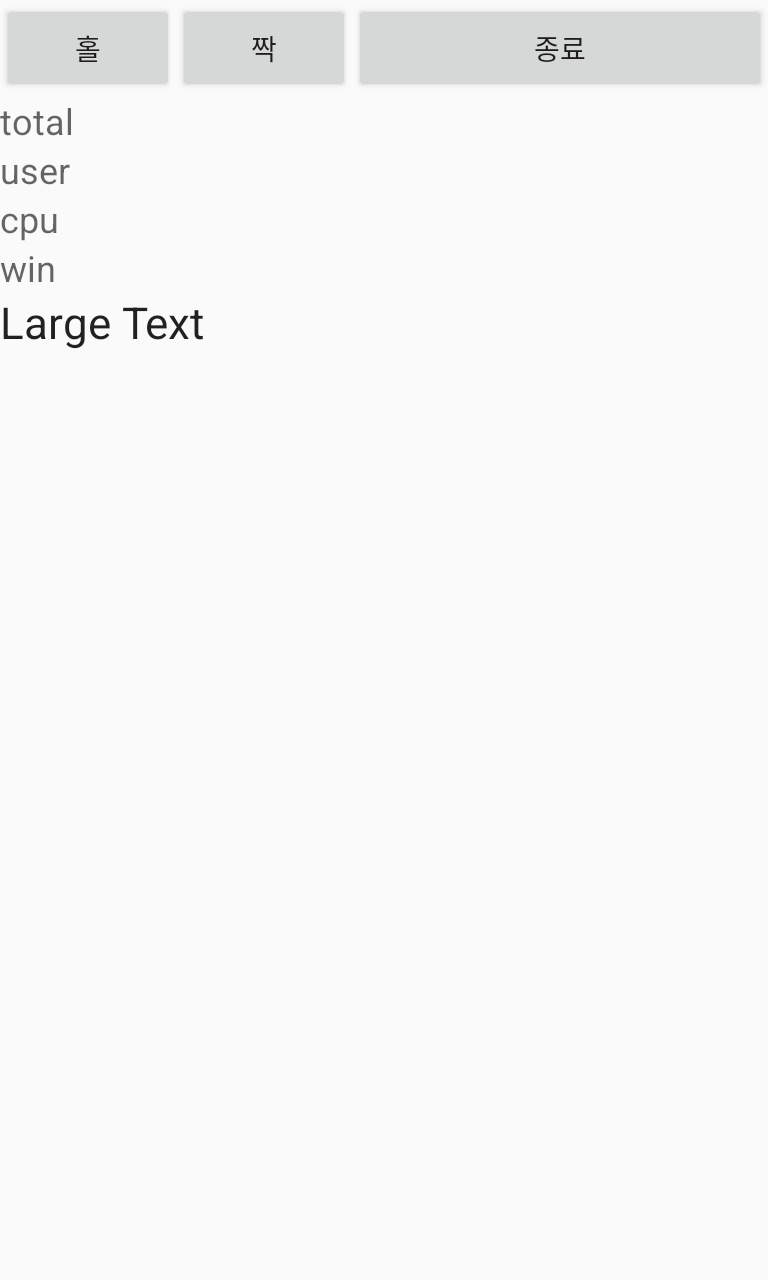
Repository: kol0372/woo
Layout: andworkspace/and1008/res/layout/exam2.xml
An editor plug-in stored every save of this project. The layout is shown before and after the next save, followed by the edit.
It is drawn on a 768 x 1280 px phone screen (xhdpi) without system bars, with theme AppTheme; the app's code is not run.

Above is the layout before, as saved 2014-10-08 06:05:28.

After the next save:
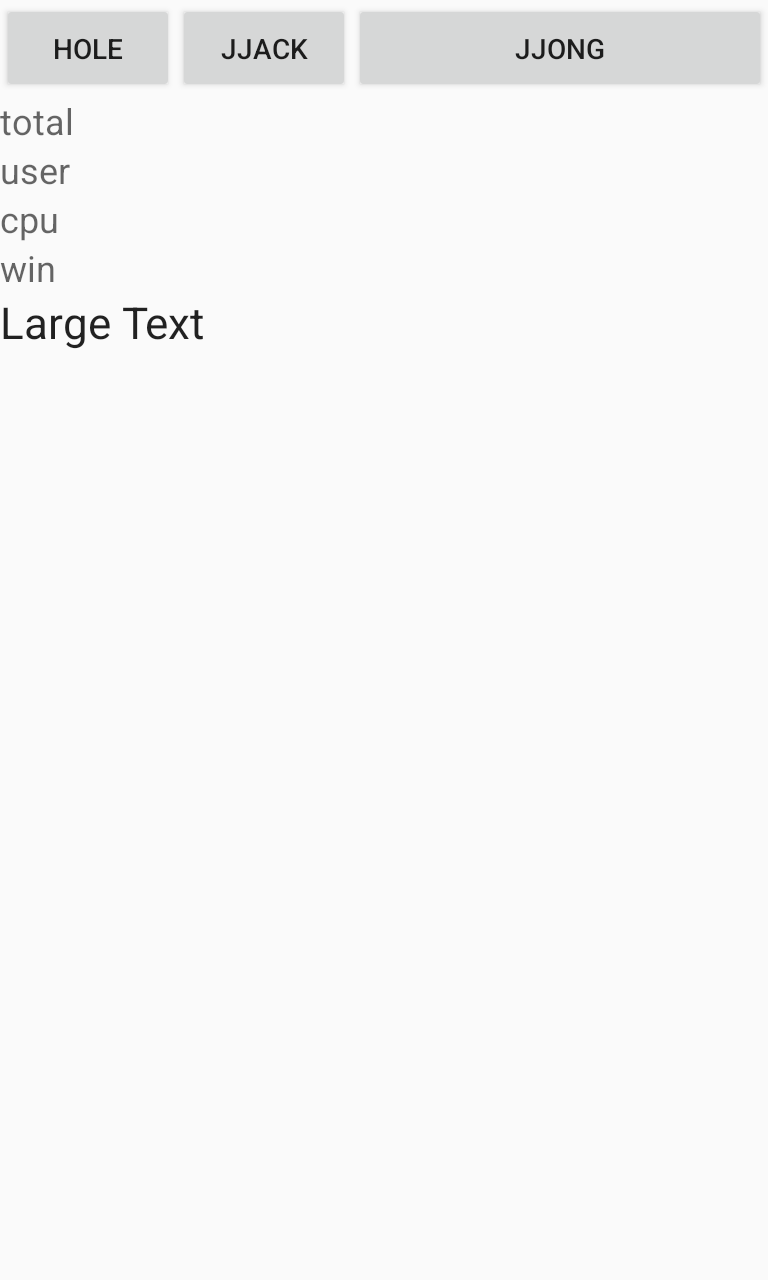
Saved 3 min 36 s later.
--- a/andworkspace/and1008/res/layout/exam2.xml
+++ b/andworkspace/and1008/res/layout/exam2.xml
@@ -12,20 +12,20 @@
             android:id="@+id/btn1"
             android:layout_width="wrap_content"
             android:layout_height="wrap_content"
-            android:text="홀" />
+            android:text="hole" />
 
         <Button
             android:id="@+id/btn2"
             android:layout_width="wrap_content"
             android:layout_height="wrap_content"
-            android:text="짝" />
+            android:text="JJack" />
 
         <Button
             android:id="@+id/btn3"
             android:layout_width="wrap_content"
             android:layout_height="wrap_content"
             android:layout_weight="0.19"
-            android:text="종료" />
+            android:text="JJong" />
     </LinearLayout>
 
     <LinearLayout
